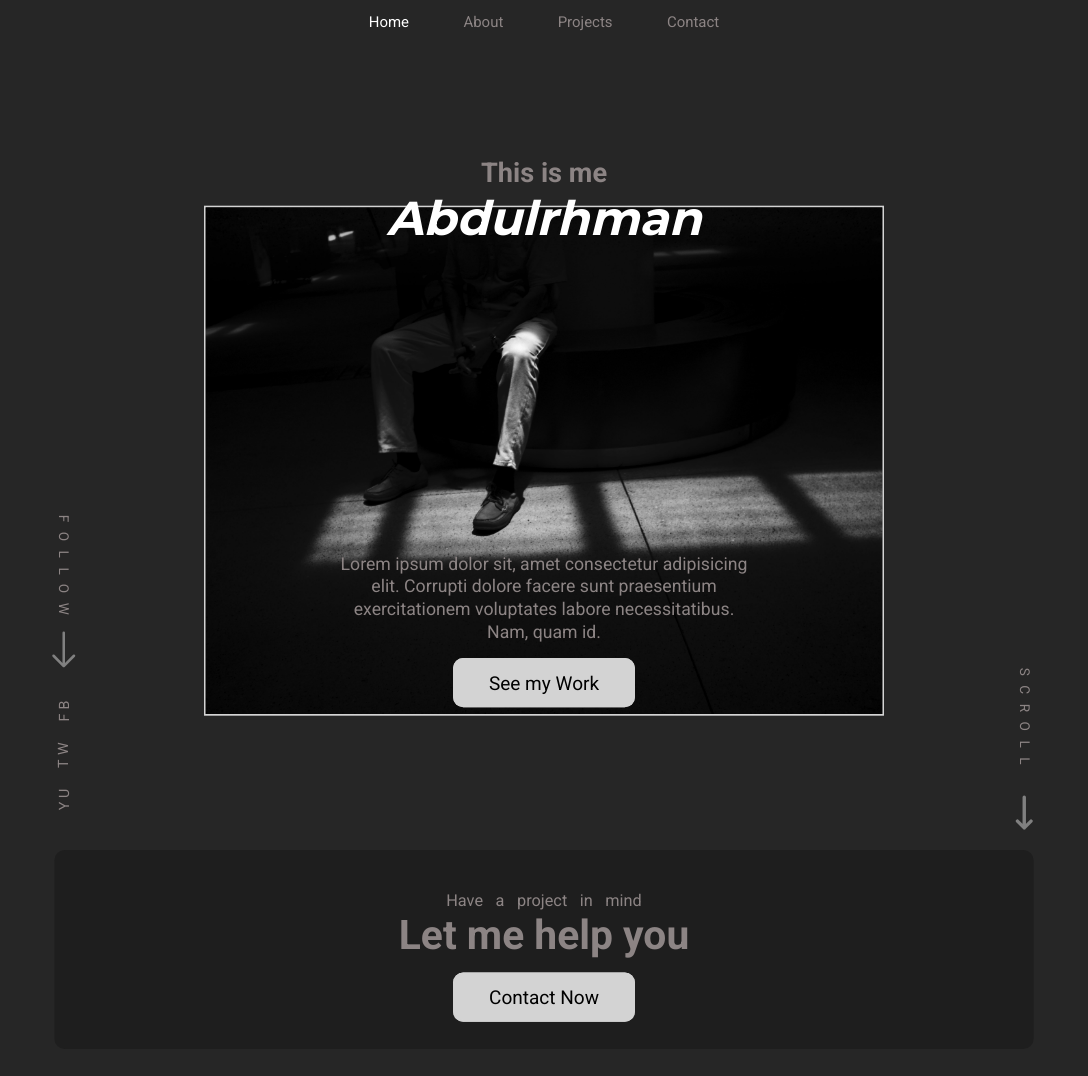
Repository: Abdoulrhman-altyeb/React-Typescript
Page: /
An editor plug-in stored every save of this project. The page is shown before and after the next save, followed by the edit.
The browser window is 1280 px wide. The pictures show the whole page, at 85% of full size.
The project was rebuilt for these pictures with package versions that can differ from the ones it lists, and the page was loaded fresh each time. Also part of the build but not shown: src/Pages/Contact.tsx, src/Pages/About.tsx, src/Pages/Projects.tsx.

Above is the page before, as saved 2021-05-18 16:15:36.

### public/index.html
<!DOCTYPE html>
<html lang="en">

<head>
  <meta charset="utf-8" />
  <meta name="viewport" content="width=device-width, initial-scale=1" />
  <meta name="theme-color" content="#000000" />
  <meta name="description" content="IT Guys Community" />
  <link rel="preconnect" href="https://fonts.gstatic.com">
  <link href="https://fonts.googleapis.com/css2?family=Roboto:wght@300;400;500;700&display=swap" rel="stylesheet">
  <link rel="preconnect" href="https://fonts.gstatic.com">
<link href="https://fonts.googleapis.com/css2?family=Montserrat:wght@200;300;400;500;700&display=swap" rel="stylesheet">
  <title>App Lab</title>
</head>

<body>
  <noscript>You need to enable JavaScript to run this app.</noscript>
  <div id="root"></div>
</body>

</html>

### src/index.tsx
import ReactDOM from "react-dom";
import App from "./App";
import './assits/styles/style.css'

ReactDOM.render(<App/>,document.getElementById("root"));

### src/App.tsx
import React from "react";
import NavBar from './components/NavBar';
import { BrowserRouter as Router, Route, Switch } from 'react-router-dom'
import Home from "./Pages/Home";
import Contact from "./Pages/Contact";
import About from "./Pages/About";
import Projects from "./Pages/Projects";


const App: React.FC = () => {



  return (
    <>
      <Router>
        <NavBar />
        <Switch>
          <Route  path='/' exact>
            <Home />
          </Route>
          <Route path="/contact">
            <Contact />
          </Route>
          <Route path='/about'>
            <About />
          </Route>
          <Route path='/projects'>
              <Projects/>
          </Route>
        </Switch>
      </Router>
    </>
  )
}

export default App;

### src/assits/styles/style.css
* {
    padding:0;
    margin:0;
    box-sizing:border-box;
}

body {
    background:#262626;
    color:white;
    font-family: 'Roboto', sans-serif;
}
img,svg{
    width: 100%;
    height:100%;
    object-fit: cover;
}
.container {
    width:90%;
    max-width:1200px;
    margin: 0 auto;
}

.hero__img {
    height:600px;
}
ul {
    list-style: none;
}
p, h1, span,h3 {
    color:#8c8484
}
a {
    text-decoration: none;
    color:#8c8484;
    font-size:0.8rem;
}

### src/components/NavBar.tsx
import React,{useState} from 'react';
import styled from 'styled-components';
import { NavLink } from 'react-router-dom';
import { BiMenu, BiX } from 'react-icons/bi';


const NavBar: React.FC = () => {

    const [isActive, setIsActive] = useState<boolean>(false);

    return (
        <NavBarContainer>
            <div className="hamburgerMenu"
                onClick={() => setIsActive(!isActive)}
                role='button'
                tabIndex={0}
                onKeyDown={() => setIsActive(!isActive)}
            >
                <BiMenu/>
            </div>
            <ul className={isActive ? 'ListItems' : 'ListItems hide-items'}>
                <div className='closeMenu'
                    onClick={() => setIsActive(!isActive)}
                    role='button'
                    tabIndex={0}
                    onKeyDown={() => setIsActive(!isActive)}
                >
                    <BiX/>
                </div>
                <li>
                    <NavLink to='/' exact>
                     Home
                    </NavLink>
                </li>
                <li>
                    <NavLink to="/about">
                        About
                    </NavLink>
                </li>
                <li>
                    <NavLink to='projects'>
                        Projects
                    </NavLink>
                </li>
                <li>
                    <NavLink to='contact'>
                        Contact
                    </NavLink>
                </li>
            </ul>
        </NavBarContainer>
    )
}

const NavBarContainer = styled.nav`
    position: fixed;
    z-index:100;
    top:0;
    left:0;
    background-color:#262626;
    font-family: 'Roboto', sans-serif;
    width:100%;
    ul {
        width:90%;
        max-width:1200px;
        justify-content:center;
        text-align:center;
        margin:0 auto;
        border-radius:12px;
    }
    li {
        display:inline-block;
        cursor:pointer;
    }
    a {
        display:inline-block;
        padding:1rem 2rem;
        font-size:1.1rem;
        color:#8c8484;
        transition:0.3s ease color;
        /* &:hover {
            color:#726f6f;
        } */
    }
    .active {
        color:white;
    }

    .hamburgerMenu {
        font-size:2rem;
        position:absolute;
        top:1rem;
        right:1rem;
        color:white;
        display:none;
        * {
            pointer-events:none;
        }
    }
    .closeMenu{
        display:none;
    }
    @media only screen and (max-width:768px) {
        .hide-items{
            transform: translateY(calc(-100% - 1rem))
        }
        .hamburgerMenu{
            display:block;
        }
        .ListItems {
            width:80%;
            max-width:230px;
            position:absolute;
            top:1rem;
            right:1rem;
            background:#1E1E1E;
            padding:1rem;
            transition: 0.3s ease transform;

            .closeMenu {
                color:white;
                font-size:1.5rem;
                width:1rem;
                margin: 0 0 0 auto;
                cursor: pointer;
                display:block;
                *{
                    pointer-events:none;
                }
            }
        }
        li {
            display:block;
            margin-bottom:1rem;
        }
        a {
            /* padding:1rem; */
            padding:0.2rem;
            outline:none;
        }
    }
`;



export default NavBar;

### src/Pages/Home.tsx
import ContactButton from '../components/ContactButton'
import HeroSection from '../components/HeroSection'

const Home: React.FC = () => {
    return (
        <>
            <HeroSection />
            <ContactButton />
        </>
    )
}

export default Home;

### src/components/ContactButton.tsx
import React from 'react';
import Button from './Button';
import styled from 'styled-components';

const ContactButton: React.FC = () => {
    return (
        <STYLEDIV>
            <div className="container">
                <p>Have a project in mind</p>
                <h3>Let me help you</h3>
                <Button btnLink='/Contact' btnText='Contact Now' outline={false}/>
            </div>
        </STYLEDIV>
    )
}

const STYLEDIV = styled.div`
    width:100%;
    margin-bottom:2rem;

    .container {
        max-width:1200px;
        margin:0 auto;
        border-radius: 12px;
        padding:3rem 0;
        background:#1E1E1E;
        text-align:center;
    }
    p{
        font-size:1.2rem;
        word-spacing:10px;
    }
    h3{
        font-size:3rem;
    }

    @media only screen and(max-width:768px){
        h3{
            font-size:1.5rem;
        }
    }
`;

export default ContactButton;

### src/components/HeroSection.tsx
import React from 'react';
import hero from '../assits/images/hero.jpg';
import Button from './Button';
import PaText from './PaText';
import { BsArrowDown } from 'react-icons/bs';
import { HiOutlineArrowNarrowDown } from 'react-icons/hi';
import styled from 'styled-components';

const HeroSection: React.FC = () => {
    return (
        <STYLEDHERO>
            <div className="hero">
                <div className="container">
                    <h1 className="hero__header">
                        <span>This is me</span>
                        <span className='hero__name'>Abdulrhman</span>
                    </h1>
                    <div className="hero__img">
                        <img src={hero} alt="" />
                    </div>
                    <div className="hero__info">
                        <PaText>
                            <p>Lorem ipsum dolor sit, amet consectetur adipisicing elit. Corrupti dolore facere sunt praesentium exercitationem voluptates labore necessitatibus. Nam, quam id.</p>
                        </PaText>
                        <Button btnLink='/projects' btnText='See my Work' outline={false} />
                    </div>
                    <div className="hero__social">
                        <div className="hero__social__indcator">
                            <p>Follow</p>
                            <BsArrowDown className='icon'/>
                        </div>
                        <div className="hero__social__text">
                            <ul>
                                <li>
                                    <a href="https://facebook.com" rel='noreferrer'>FB</a>
                                </li>
                                <li>
                                    <a href="https://twitter.com" rel='noreferrer'>TW</a>
                                </li>
                                <li>
                                    <a href="https://youtube.com" rel='noreferrer'>YU</a>
                                </li>
                            </ul>
                        </div>
                    </div>
                    <div className="hero__scroll">
                        <p>Scroll</p>
                        <HiOutlineArrowNarrowDown className='icon'/>
                    </div>
                </div>
            </div>
        </STYLEDHERO>
    )
}


const STYLEDHERO = styled.div`
    .hero {
        display:flex;
        justify-content:center;
        align-items:center;
        position:relative;
        text-align:center;
        width:100%;
        min-height:1000px;
        height:100vh;
    }
    .hero__header {
        margin-bottom:-3rem;
        position:relative;
        font-size:2rem;
        span{
            display:inline-block;
            width:100%;
        }
        .hero__name{
            font-size:3.5rem;
            font-family: 'Montserrat', sans-serif;
            font-style:italic;
            color:white;
        }
    }
    .hero__img {
        border:2px solid lightgray;
        max-width:800px;
        width:100%;
        height:600px;
        margin:0 auto;
    }
    .hero__info {
        margin-top:-12rem;
    }
    .hero__social,
    .hero__scroll{
        display:flex;
        flex-direction:column;
        width:50px;
        position:absolute;
        bottom:20px;
        gap:2rem;
    }
    .hero__social{
        left:50px;
    }
    .hero__scroll{
        right:50px;
    }
    .icon {
        color:gray;
        min-height:45px;
        width:3rem;
        object-fit:content;
        align-self:center;
    }
    .hero__social{
        p{
            transform:rotate(90deg) translateX(-100px);
            letter-spacing:0.7rem;
            text-transform:uppercase
        }
    }
    .hero__scroll{
        p{
            transform:rotate(90deg) translateX(-80px);
            letter-spacing:0.7rem;
            text-transform:uppercase
        }
    }
    .hero__social__text{
        li {
            margin-bottom:1rem;
        }
        a{
            transform:rotate(-90deg);
            display:inline-block;
            font-size:1.05rem;
            letter-spacing:5px;
            margin-bottom:1rem;
        }
    }
    @media only screen and (max-width:768px) {
        .hero {
            min-height:750px;
        }
        .hero__header{
            margin-bottom:-2rem;
            font-size:1.4rem;
            .hero__name{
                font-size:3rem;
            }
        }
        .hero__img{
            height:300px;
        }
        .hero__info{
            margin-top:3rem;
        }
        .hero__social,
        .hero__scroll{
            width:25px;
            bottom:-30px;
            font-size:0.9rem;
            P{
                letter-spacing:0.5rem;
                transform:translateY(-20px) rotate(90deg)
            }
            a{
                letter-spacing:2px;
            }
        }
        .hero__social {
            gap:1rem;
            P{
                transform:translateY(-60px) rotate(90deg)
            }
        }
        .hero__social {
            left:0;
            bottom:-20%;
        }
        .hero__scroll{
            right:0;
        }
        .hero__social__text {
            a{
                margin-bottom:1rem;
                font-size:1rem;
            }
        }
        .icon{
            width:25px;
            min-height:80px;
            align-self:center;
        }
    }
`;
export default HeroSection;

### src/components/Button.tsx
import React from 'react';
import { Link } from 'react-router-dom';
import styled from 'styled-components'


const Button:React.FC<ButtonProps> = ({btnLink,btnText,outline}) => {
    return (
        <BTNSTYLE >
            <Link className='button' to={btnLink} >{btnText}</Link>
        </BTNSTYLE>
    )
}


const BTNSTYLE = styled.div`
    padding-top:2rem;
    .button{
        background:lightgray;
        padding:0.9rem 2.5rem;
        color:black;
        border-radius:12px;
        border:2px solid lightgray;
        cursor:pointer;
        font-size:1.4rem;
    }
    @media only screen and (max-width:768px) {
        .button{
            font-size:1.2rem;
        }
    }
`;

export default Button

### src/components/PaText.tsx
import styled from 'styled-components'

const PaText: React.FC = ({children}) => {

    return (
        <TextContainer>
            {children}
        </TextContainer>
    )
}

const TextContainer = styled.div`
    max-width:500px;
    margin:0 auto;
    line-height:1.3em;
    font-size:1.3rem;
    @media only screen and (max-width:768px) {
        font-size:1.1rem;
    }
`;

export default PaText

After the next save:
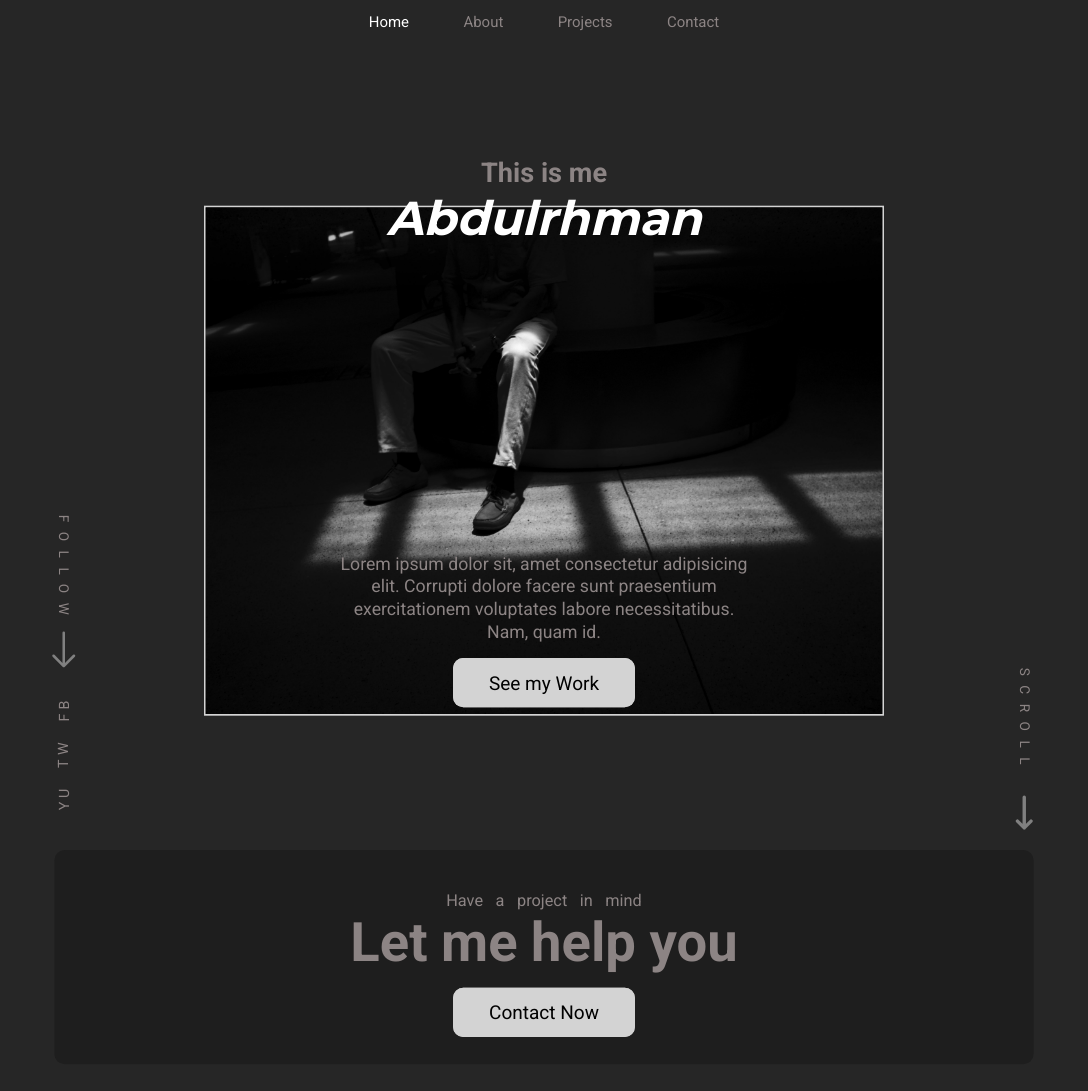
Saved 28 s later.
--- a/src/components/ContactButton.tsx
+++ b/src/components/ContactButton.tsx
@@ -31,7 +31,7 @@
         word-spacing:10px;
     }
     h3{
-        font-size:3rem;
+        font-size:4rem;
     }
 
     @media only screen and(max-width:768px){

After the save that followed:
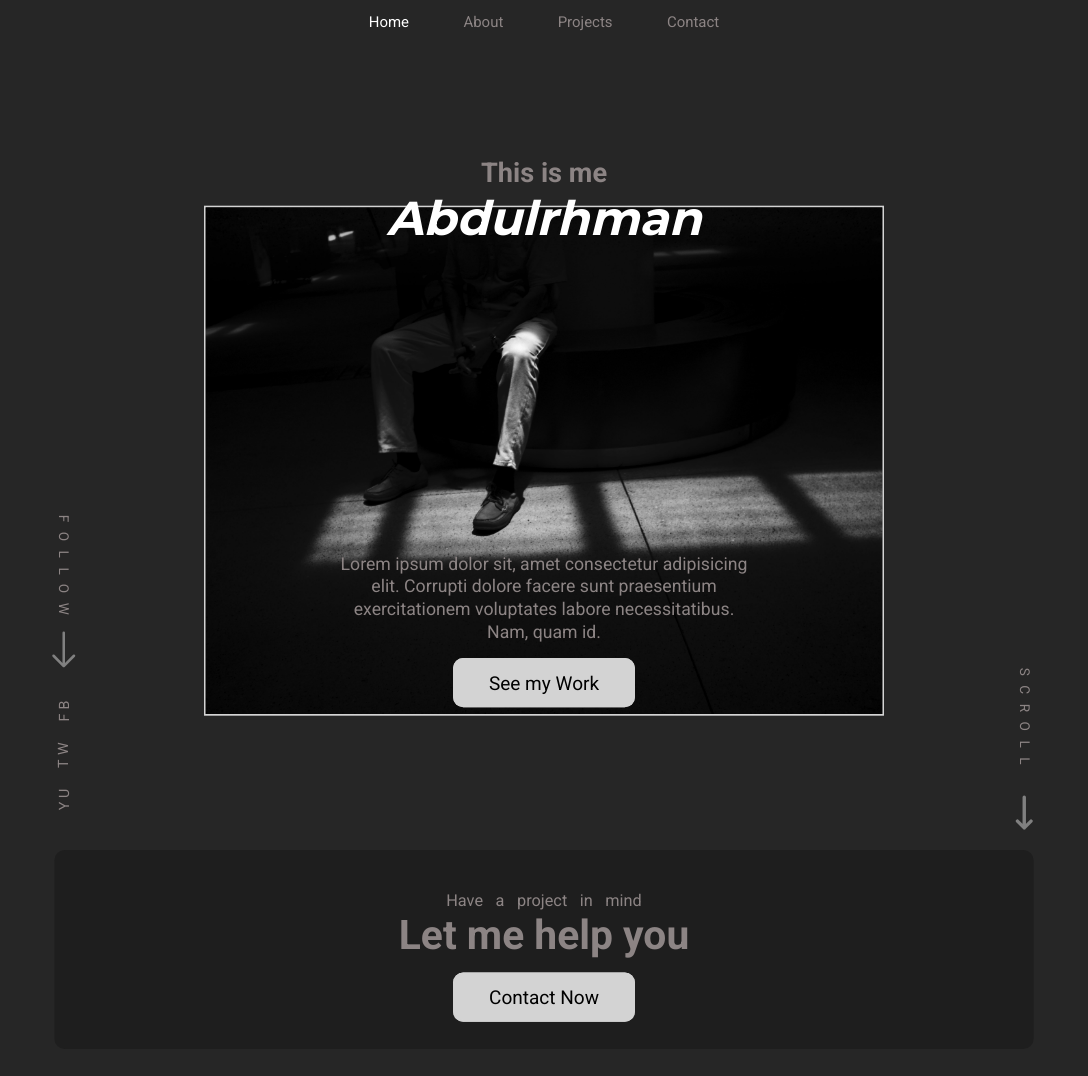
Saved 5 s later.
--- a/src/components/ContactButton.tsx
+++ b/src/components/ContactButton.tsx
@@ -31,7 +31,7 @@
         word-spacing:10px;
     }
     h3{
-        font-size:4rem;
+        font-size:3rem;
     }
 
     @media only screen and(max-width:768px){
